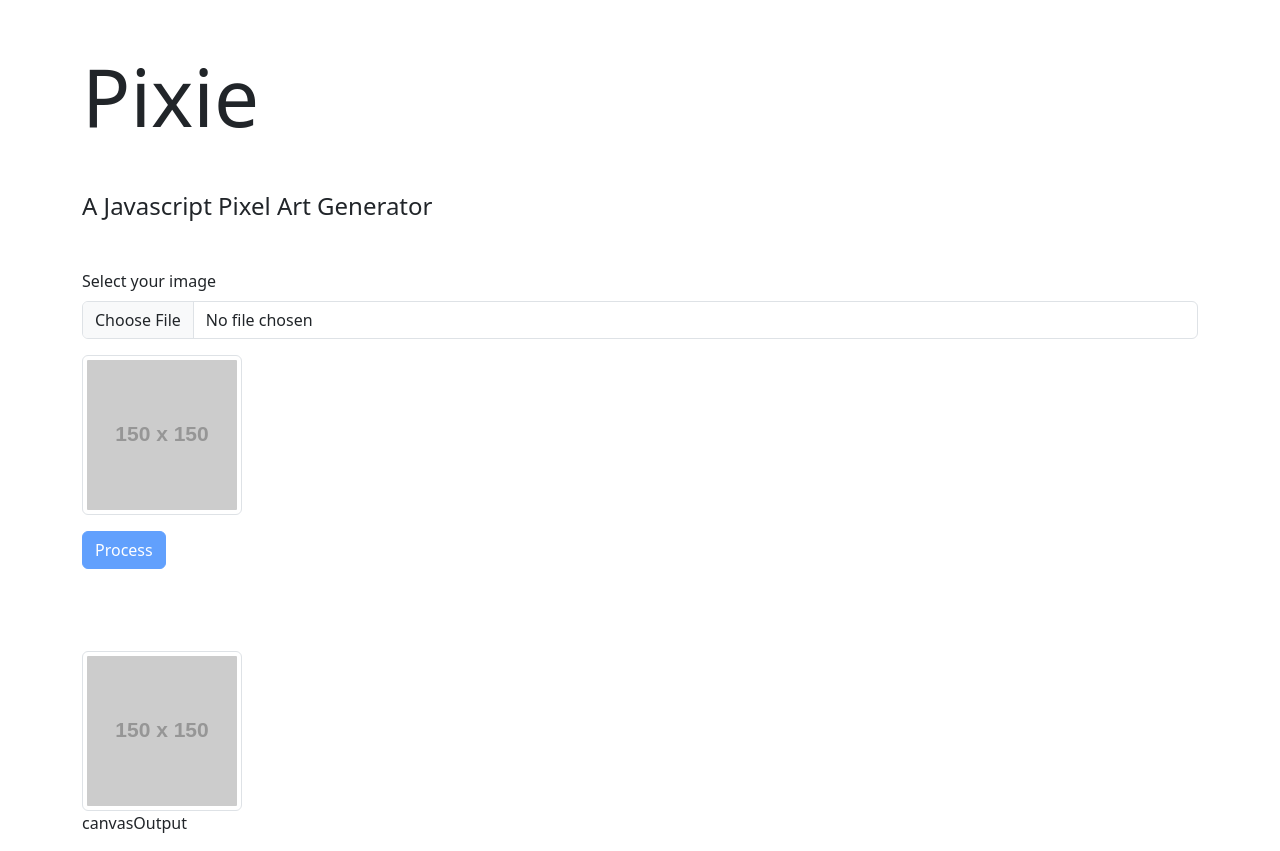
Repository: BigEmperor26/Pixie
Page: index.html
An editor plug-in stored every save of this project. The page is shown before and after a run of saves, followed by the edit.
The browser window is 1280 px wide. The pictures show the whole page.

Above is the page before, as saved 2023-12-08 15:26:12.
Console error: ReferenceError: onOpenCvReady is not defined

### index.html
<!doctype html>
<html lang="en">
  <head>
    <meta charset="utf-8">
    <meta name="viewport" content="width=device-width, initial-scale=1">
    <title>Pixie</title>
    <link href="https://cdn.jsdelivr.net/npm/bootstrap@5.3.2/dist/css/bootstrap.min.css" rel="stylesheet" integrity="sha384-T3c6CoIi6uLrA9TneNEoa7RxnatzjcDSCmG1MXxSR1GAsXEV/Dwwykc2MPK8M2HN" crossorigin="anonymous">

  </head>
  <body>
    <div class="container">
    <p class="h1 my-5 display-1">Pixie</p>
    <p class="h4 my-5 disabled">A Javascript Pixel Art Generator</p>
    <div class="my-3">
        <label for="formFile" class="form-label">Select your image</label>
        <input class="form-control" type="file" id="fileInput" onchange="console.log('changed')">
    </div>
    <div class="my-3">
        <img src="https://via.placeholder.com/150" class="img-thumbnail" alt="..." onclick="" id="imageSrc">
    </div>
    <button type="button" class="btn btn-primary disabled" id="processButton">Process</button>
  <!-- Content here -->
    <div class="my-3">
        <img src="https://via.placeholder.com/150" class="img-thumbnail" alt="..." onclick="" id="imageOut">
        <canvas id="canvasOutput" ></canvas>
        <div class="caption">canvasOutput</div>
    </div>
    </div>
    <script src="https://cdn.jsdelivr.net/npm/bootstrap@5.3.2/dist/js/bootstrap.bundle.min.js" integrity="sha384-C6RzsynM9kWDrMNeT87bh95OGNyZPhcTNXj1NW7RuBCsyN/o0jlpcV8Qyq46cDfL" crossorigin="anonymous"></script>
    <script type="text/javascript">
        let imgElement = document.getElementById("imageSrc")
        let inputElement = document.getElementById("fileInput");
        inputElement.addEventListener("change", (e) => {
            let butn = document.getElementById("processButton")
            butn.classList.remove("disabled")
          imgElement.src = URL.createObjectURL(e.target.files[0]);
        }, false);
        imgElement.onload = function () {
            let mat = cv.imread(imgElement);
            cv.imshow('canvasOutput', mat);
            mat.delete();
          };
    </script>
    <script async src="opencv.js" onload="onOpenCvReady();" type="text/javascript"></script>
  </body>
</html>

Loaded but not shown: opencv.js (no stored copy; drawn as an empty file)

After the next 2 saves:
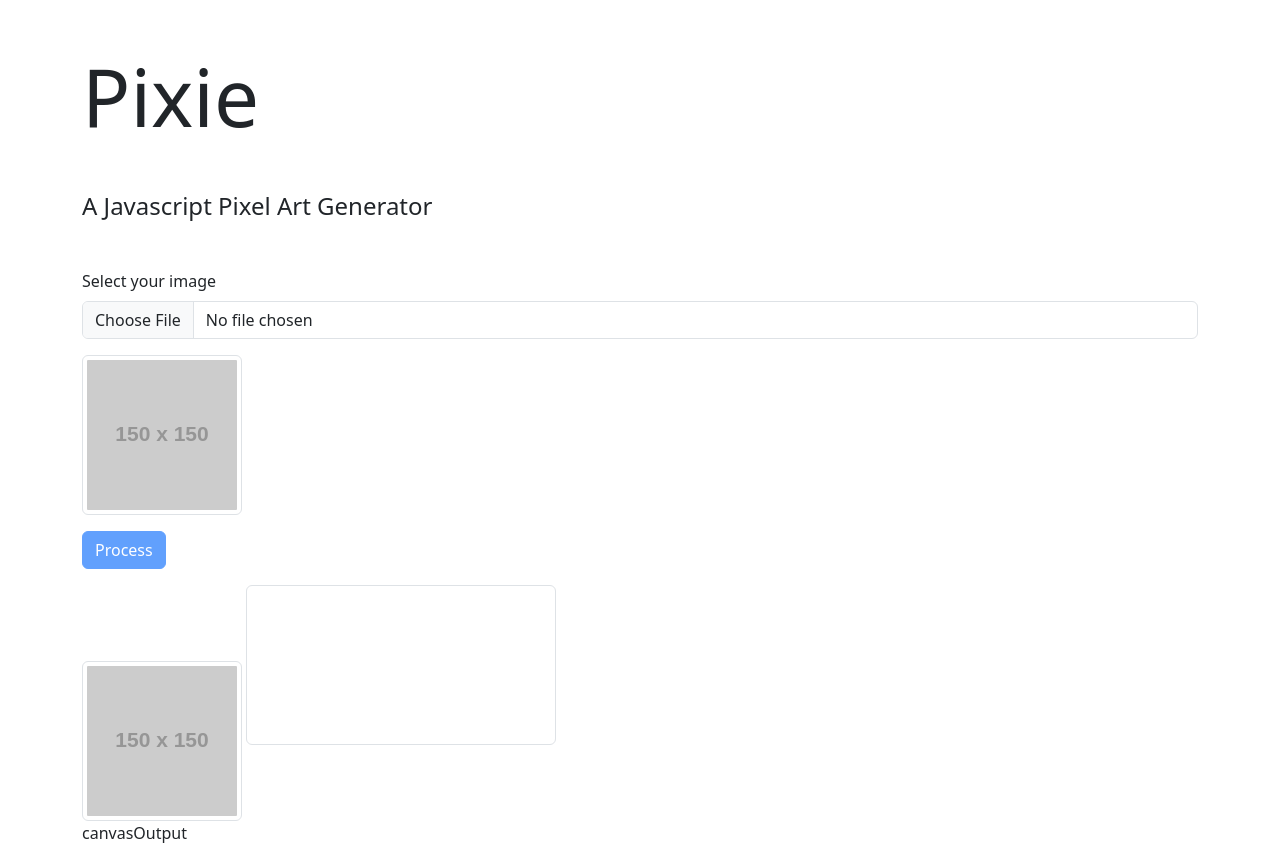
The 2 saves are shown as one change because they came seconds apart.
The last was saved 13 s later.
--- a/index.html
+++ b/index.html
@@ -22,7 +22,7 @@
   <!-- Content here -->
     <div class="my-3">
         <img src="https://via.placeholder.com/150" class="img-thumbnail" alt="..." onclick="" id="imageOut">
-        <canvas id="canvasOutput" ></canvas>
+        <canvas id="canvasOutput" class="img-thumbnail" ></canvas>
         <div class="caption">canvasOutput</div>
     </div>
     </div>
